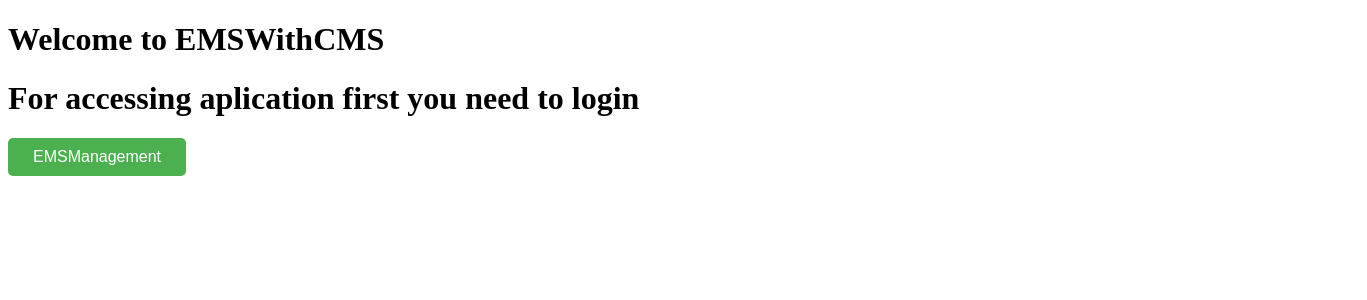
Repository: varnittyagi120/javaproject2
Page: eclipse-workspaceone/CMSWithEMSUsingServletInOptmiseWay/WebContent/index.html
An editor plug-in stored every save of this project. The page is shown before and after the next save, followed by the edit.
The browser window is 1280 px wide. The page is 1280 px wide, then 1367 px, so the pictures cover 1367 px, including what lies to the right of the window. The pictures show the whole page.

Above is the page before, as saved 2019-11-19 09:22:31.

### eclipse-workspaceone/CMSWithEMSUsingServletInOptmiseWay/WebContent/index.html
<!DOCTYPE html>
<html>
<style>
.button{
  background-color: #4CAF50;
  border: none;
  color: white;
  padding: 10px 25px;
  text-align: center;
  text-decoration: none;
  display: inline-block;
  font-size: 16px;

  border-radius:5px;
}

</style>
<body>
        <h1>Welcome to EMSWithCMS</h1>
        <h1>For accessing aplication first you need to login</h1>
	    <a href = "StartOfEMS"><button class="button" >EMSManagement</button></a><br><br>
</body>
</html>

After the next save:
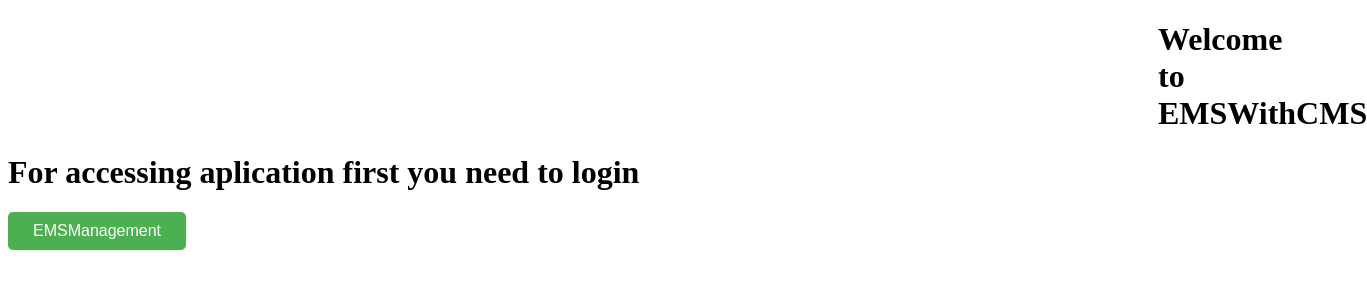
Saved 34 s later.
--- a/eclipse-workspaceone/CMSWithEMSUsingServletInOptmiseWay/WebContent/index.html
+++ b/eclipse-workspaceone/CMSWithEMSUsingServletInOptmiseWay/WebContent/index.html
@@ -16,7 +16,7 @@
 
 </style>
 <body>
-        <h1>Welcome to EMSWithCMS</h1>
+        <h1 style='margin-left:1150px'>Welcome to EMSWithCMS</h1>
         <h1>For accessing aplication first you need to login</h1>
 	    <a href = "StartOfEMS"><button class="button" >EMSManagement</button></a><br><br>
 </body>
